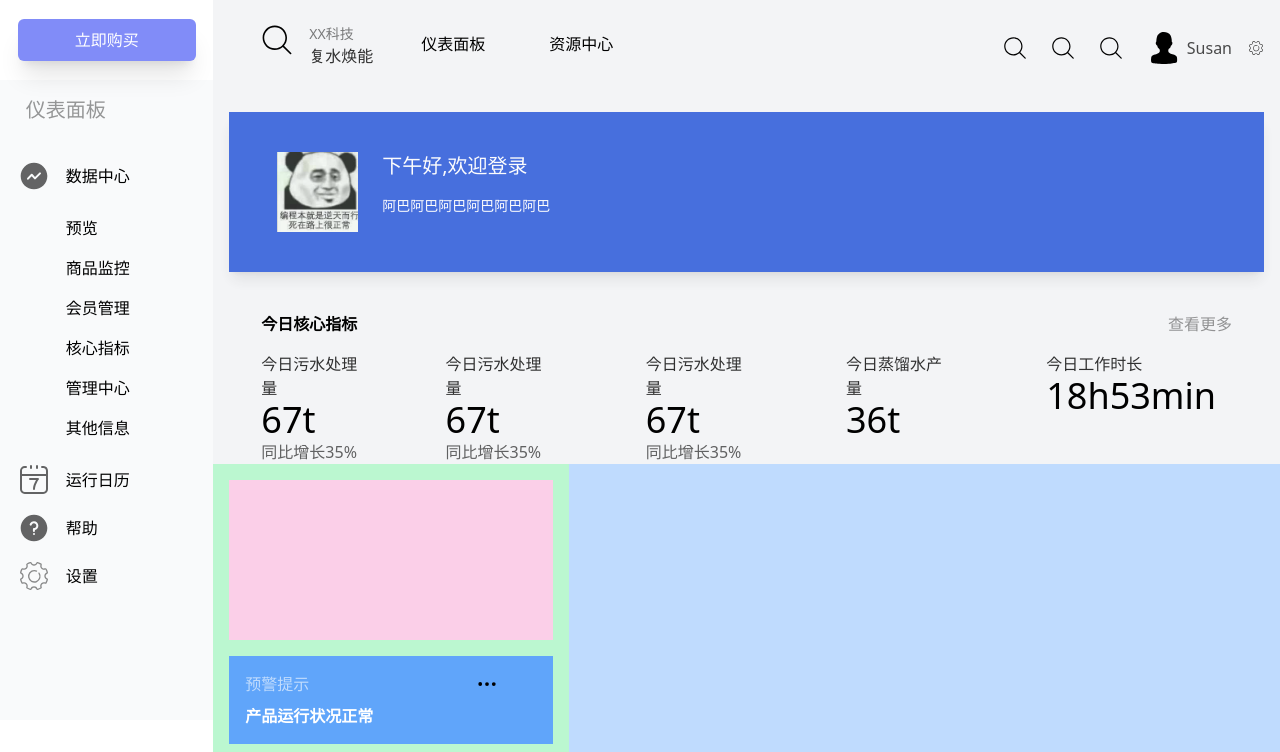
Repository: LiuRuohui/useWater
Page: /
An editor plug-in stored every save of this project. The page is shown before and after the next save, followed by the edit.
The browser window is 1280 px wide. The pictures show the whole page.
The project was rebuilt for these pictures with package versions that can differ from the ones it lists, and the page was loaded fresh each time. Also part of the build but not shown: vite.config.js.

Above is the page before, as saved 2022-04-06 23:46:13.

After the next save:
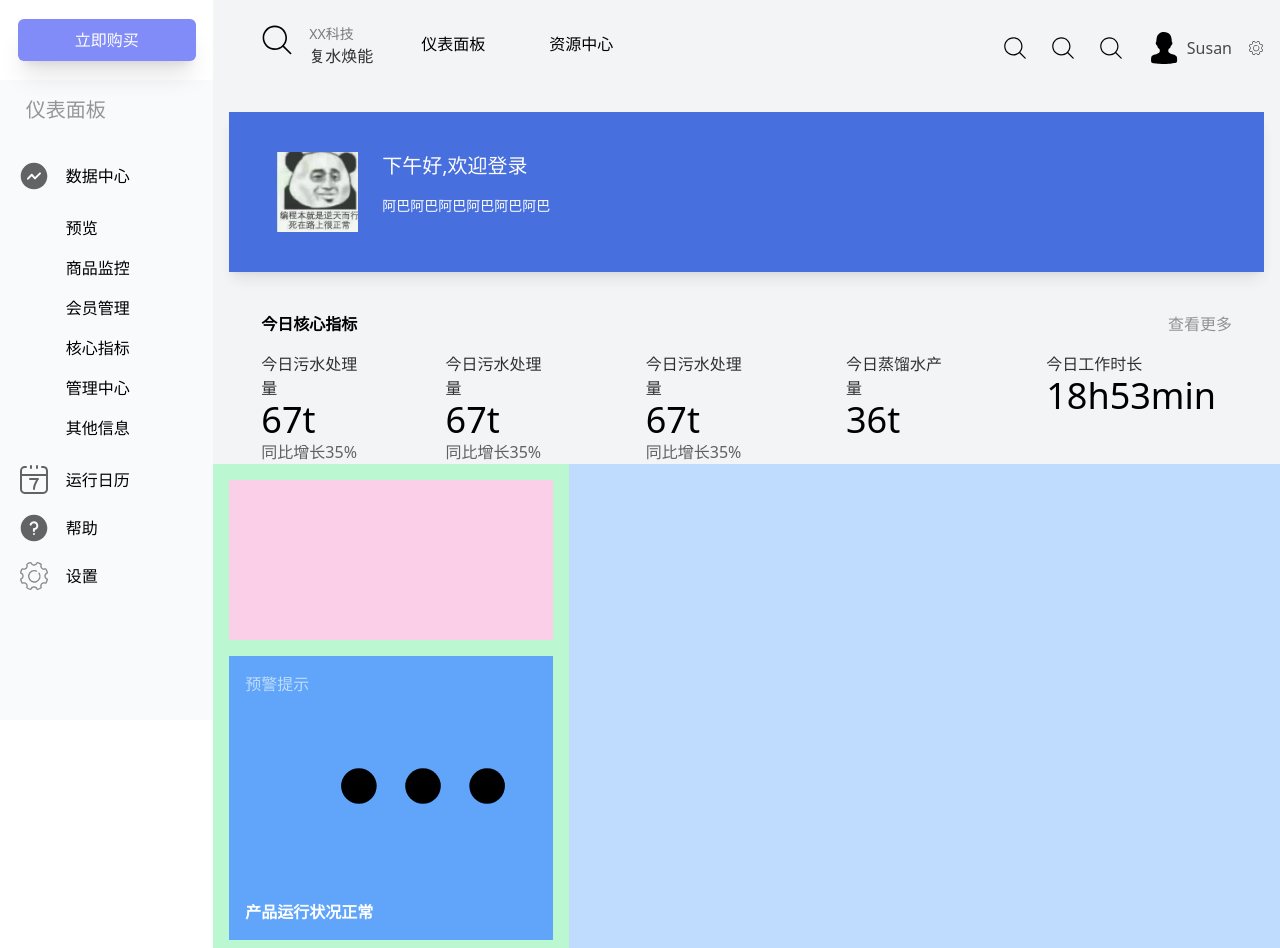
Saved 6 s later.
--- a/src/components/HelloWorld.vue
+++ b/src/components/HelloWorld.vue
@@ -113,7 +113,7 @@
                   <div class="w-full flex flex-col m-4">
                       <div class="w-full flex flex-row">
                           <div class="text-white mb-2 text-base opacity-60">预警提示</div>
-                          <img src="../assets/更多.svg" alt="" class="flex flex-grow flex-row-reverse ml-32 h-6">
+                          <img src="../assets/更多.svg" alt="" class="flex flex-grow flex-row-reverse ml-64h-6">
                       </div>
                       <div class="text-white font-semibold">产品运行状况正常</div>
                   </div>

After the save that followed:
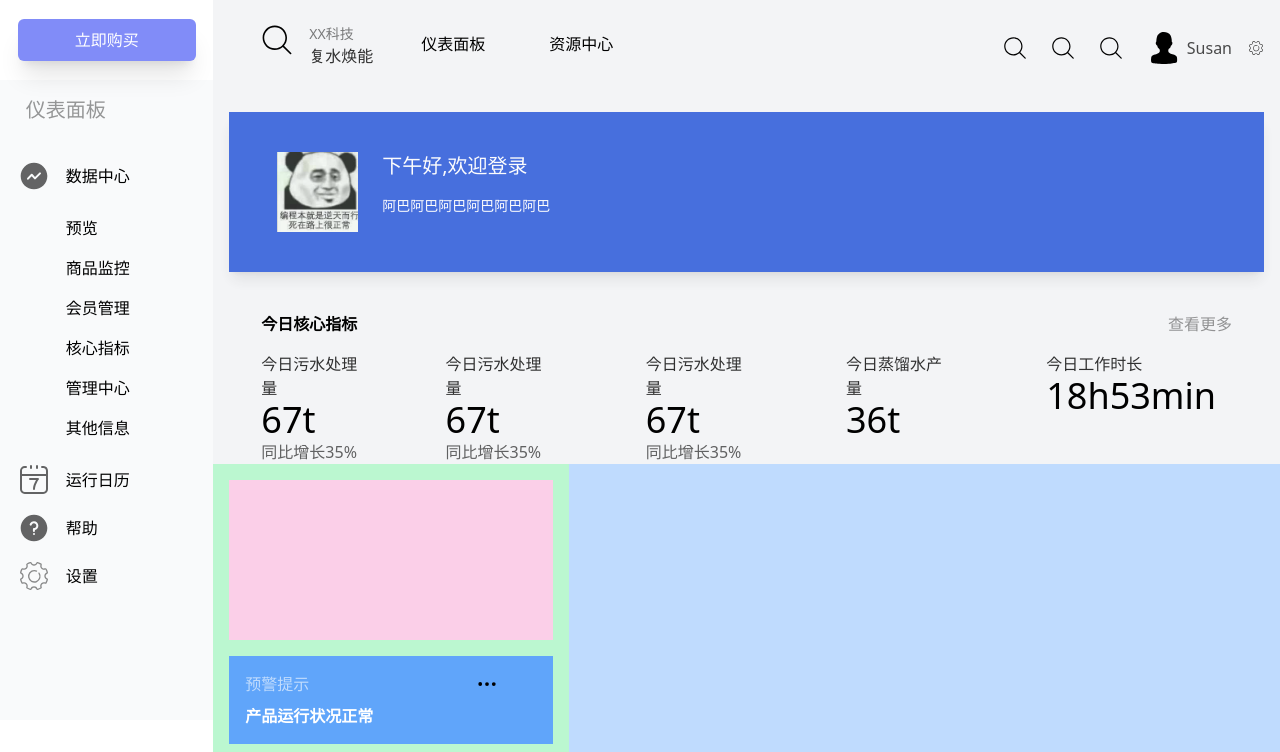
Saved 6 s later.
--- a/src/components/HelloWorld.vue
+++ b/src/components/HelloWorld.vue
@@ -113,7 +113,7 @@
                   <div class="w-full flex flex-col m-4">
                       <div class="w-full flex flex-row">
                           <div class="text-white mb-2 text-base opacity-60">预警提示</div>
-                          <img src="../assets/更多.svg" alt="" class="flex flex-grow flex-row-reverse ml-64h-6">
+                          <img src="../assets/更多.svg" alt="" class="flex flex-grow flex-row-reverse ml-32 h-6">
                       </div>
                       <div class="text-white font-semibold">产品运行状况正常</div>
                   </div>
